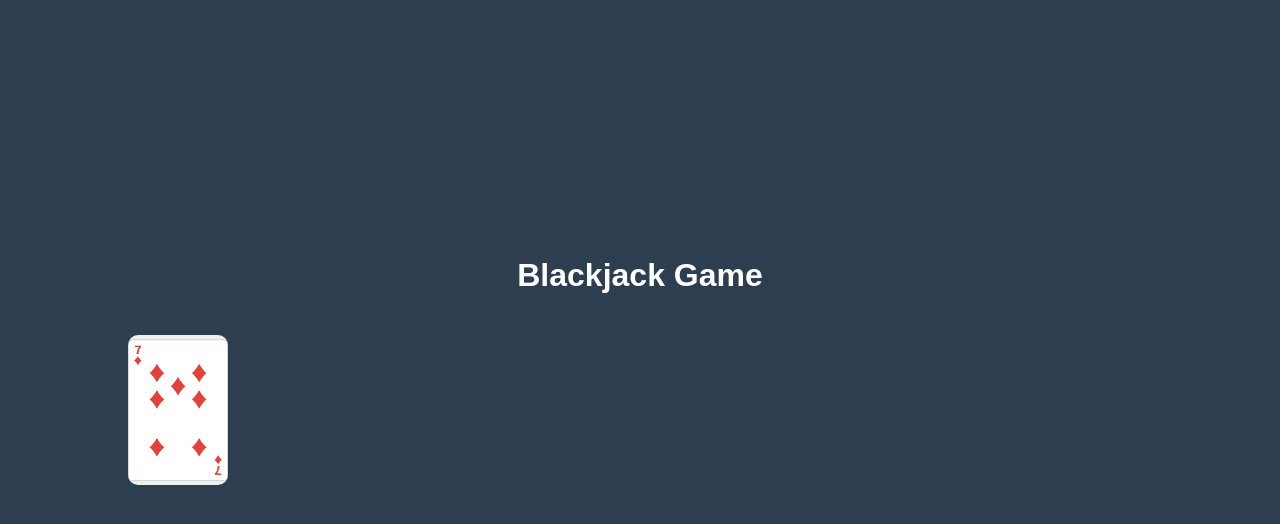
Repository: 2023AIT-OOP2-G10/G10-free
Page: http://localhost/blackjack
An editor plug-in stored every save of this project. The page is shown before and after the next save, followed by the edit.
The browser window is 1280 px wide. The pictures show the whole page.
The page is served by the project's application, run on Flask 3 (tempCodeRunnerFile.py).

Above is the page before, as saved 2024-01-15 16:52:23.

### templates/blackjack_test.html
<!DOCTYPE html>
<html lang="en">
<head>
    <meta charset="UTF-8">
    <meta name="viewport" content="width=device-width, initial-scale=1.0">
    <title>Blackjack Game</title>
    <style>
        body {
            background-color: #2c3e50;
            color: white;
            font-family: Arial, sans-serif;
            display: flex;
            flex-direction: column;
            align-items: center;
            justify-content: center;
            height: 100vh;
            margin: 0;
        }

        #cardContainer {
            display: flex;
            width: 80%;
            margin-top: 20px;
        }

        .card {
            width: 100px;  /* カードの幅 */
            height: 150px;  /* カードの高さ */
            background-color: #ecf0f1;
            border-radius: 10px;
            margin-right: 5px;  /* カードの右側のマージン */
            display: flex;
            align-items: center;
            justify-content: center;
        }

        img {
            max-width: 100%;
            max-height: 100%;
            border-radius: 5px;
        }
    </style>
</head>
<body>
    <h1>Blackjack Game</h1>

    <div id="cardContainer">
        {% for image in selected_images %}
            <div class="card">
                <img src="{{ url_for('static', filename=image) }}" alt="Card">
            </div>
        {% endfor %}
    </div>
</body>
</html>

### tempCodeRunnerFile.py
from flask import Flask, render_template, session
import random

app = Flask(__name__)
app.secret_key = 'your_secret_key'
trump_numbers = list(range(52))

clovers_images = ["Clover_13.png", "Clover_1.png", "Clover_2.png", "Clover_3.png",
                  "Clover_4.png", "Clover_5.png", "Clover_6.png", "Clover_7.png",
                  "Clover_8.png", "Clover_9.png", "Clover_10.png", "Clover_11.png",
                  "Clover_12.png"]
diamonds_images = ["Diamond_13.png", "Diamond_1.png", "Diamond_2.png", "Diamond_3.png",
                   "Diamond_4.png", "Diamond_5.png", "Diamond_6.png", "Diamond_7.png",
                   "Diamond_8.png", "Diamond_9.png", "Diamond_10.png", "Diamond_11.png",
                   "Diamond_12.png"]
hearts_images = ["heart_13.png", "heart_1.png", "heart_2.png", "heart_3.png",
                 "heart_4.png", "heart_5.png", "heart_6.png", "heart_7.png",
                 "heart_8.png", "heart_9.png", "heart_10.png", "heart_11.png",
                 "heart_12.png"]
spades_images = ["spade_13.png", "spade_1.png", "spade_2.png", "spade_3.png",
                 "spade_4.png", "spade_5.png", "spade_6.png", "spade_7.png",
                 "spade_8.png", "spade_9.png", "spade_10.png", "spade_11.png",
                 "spade_12.png"]


def trumps():
    selected_numbers = session.get('selected_numbers', [])
    selected_images = session.get('selected_images', [])

    while True:
        selected = random.choice(trump_numbers)

        if selected not in selected_numbers:
            selected_numbers.append(selected)
            suit = selected // 13
            number = selected % 13

            if suit == 0:
                selected_images.append(clovers_images[number])
            elif suit == 1:
                selected_images.append(diamonds_images[number])
            elif suit == 2:
                selected_images.append(hearts_images[number])
            elif suit == 3:
                selected_images.append(spades_images[number])

            break

    session['selected_numbers'] = selected_numbers
    session['selected_images'] = selected_images

    return selected_numbers, selected_images


@app.route('/')
def start():
    # selected_numbersおよびselected_imagesの初期化
    session.pop('selected_numbers', None)
    session.pop('selected_images', None)
    return render_template('start.html')


@app.route('/blackjack', methods=['GET', 'POST'])
def blackjack():
    trumps_data = trumps()
    return render_template('blackjack_test.html',
                           selected_numbers=trumps_data[0],
                           selected_images=trumps_data[1])


@app.route('/result')
def result():
    return render_template('result.html')


if __name__ == '__main__':
    app.run(debug=True)

### static/blackjack.js
        document.getElementById('start-game').addEventListener('click', () => playerAction('start'));
        document.getElementById('hit').addEventListener('click', () => playerAction('hit'));
        document.getElementById('stand').addEventListener('click', () => playerAction('stand'));

        function playerAction(action) {
            fetch(`/blackjack/${action}`, { method: 'POST' })
                .then(response => response.json())
                .then(data => updateGameView(data))
                .catch(error => console.error('Error:', error));
        }

        function updateGameView(data) {
            if (data.error) {
                alert(data.error);
                return;
            }

            const playerHandDiv = document.getElementById('player-hand');
            const dealerHandDiv = document.getElementById('dealer-hand');
            const gameResultDiv = document.getElementById('game-result');

            playerHandDiv.innerHTML = 'プレイヤーの手札: ' + data.player_hand.map(cardToString).join(', ');
            dealerHandDiv.innerHTML = 'ディーラーの手札: ' + data.dealer_hand.map(cardToString).join(', ');

            if (data.game_over) {
                let resultMessage = 'ゲーム終了！ ';
                resultMessage += data.winner === 'player' ? 'プレイヤーの勝利！' :
                                 data.winner === 'dealer' ? 'ディーラーの勝利！' :
                                 '引き分け！';
                gameResultDiv.innerHTML = resultMessage;
            } else {
                gameResultDiv.innerHTML = '';
            }
        }

        function cardToString(card) {
            return `${card.Suit}_${card.Value}`;
        }

After the next save:
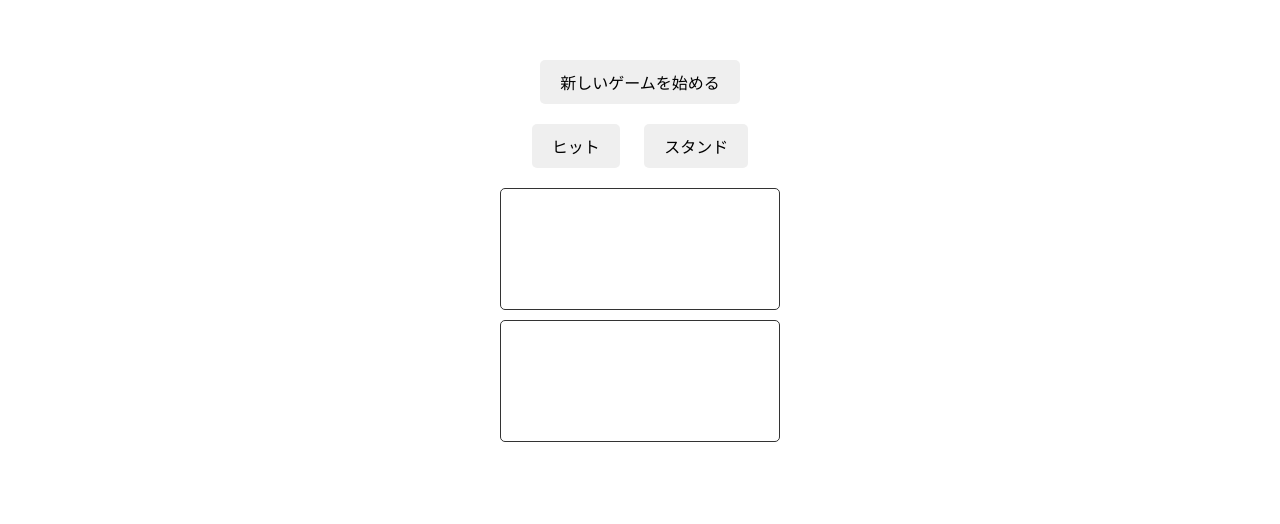
Saved 58 s later.
--- a/templates/blackjack_test.html
+++ b/templates/blackjack_test.html
@@ -1,55 +1,50 @@
 <!DOCTYPE html>
-<html lang="en">
+<html lang="ja">
 <head>
     <meta charset="UTF-8">
-    <meta name="viewport" content="width=device-width, initial-scale=1.0">
-    <title>Blackjack Game</title>
+    <title>ブラックジャック</title>
     <style>
         body {
-            background-color: #2c3e50;
-            color: white;
             font-family: Arial, sans-serif;
-            display: flex;
-            flex-direction: column;
-            align-items: center;
-            justify-content: center;
-            height: 100vh;
-            margin: 0;
+            text-align: center;
+            margin-top: 50px;
         }
-
-        #cardContainer {
-            display: flex;
-            width: 80%;
-            margin-top: 20px;
+        #game-area {
+            margin: auto;
+            width: 300px;
         }
-
+        .hand {
+            margin: 10px;
+            padding: 10px;
+            border: 1px solid #333;
+            border-radius: 5px;
+        }
         .card {
-            width: 100px;  /* カードの幅 */
-            height: 150px;  /* カードの高さ */
-            background-color: #ecf0f1;
-            border-radius: 10px;
-            margin-right: 5px;  /* カードの右側のマージン */
-            display: flex;
-            align-items: center;
-            justify-content: center;
+            margin: 5px;
+            display: inline-block;
         }
-
-        img {
-            max-width: 100%;
-            max-height: 100%;
+        #player-hand, #dealer-hand {
+            min-height: 100px;
+        }
+        button {
+            margin: 10px;
+            padding: 10px 20px;
+            font-size: 16px;
+            border: none;
             border-radius: 5px;
+            cursor: pointer;
         }
     </style>
 </head>
 <body>
-    <h1>Blackjack Game</h1>
-
-    <div id="cardContainer">
-        {% for image in selected_images %}
-            <div class="card">
-                <img src="{{ url_for('static', filename=image) }}" alt="Card">
-            </div>
-        {% endfor %}
+    <div id="game-area">
+        <button id="start-game">新しいゲームを始める</button>
+        <button id="hit">ヒット</button>
+        <button id="stand">スタンド</button>
+        <div id="player-hand" class="hand"></div>
+        <div id="dealer-hand" class="hand"></div>
+        <div id="game-result"></div>
     </div>
+<script src="{{ url_for('static', filename='blackjack.js') }}"></script>
 </body>
 </html>
